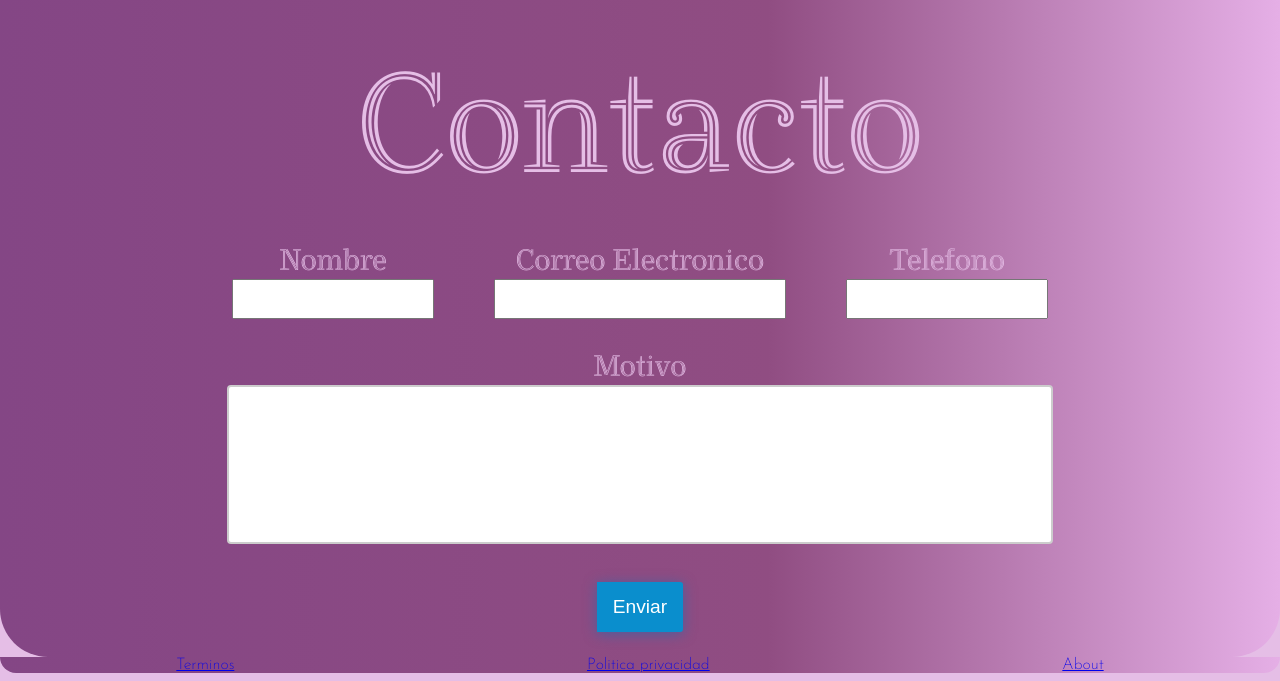
Repository: Jogalso/webPsicologa
Page: /
The author's editor kept a copy of each file at every save. The page is drawn from the files as they stood at one save, then again after the next save.
The browser window is 1280 px wide. The pictures show the part of the page from y = 4559 to 5266 px (the page is 5240 px tall before and 5266 px after).
Backgrounds fixed to the window are drawn as part of the page. The project was rebuilt for these pictures with package versions that can differ from the ones it lists, and the page was loaded fresh each time. Some packages were replaced by stand-ins written for this rebuild. The framework's server and built-in components were replaced by stand-ins that run in the browser.

Above is the page before, as saved 2021-07-13 11:59:32.

After the next save:
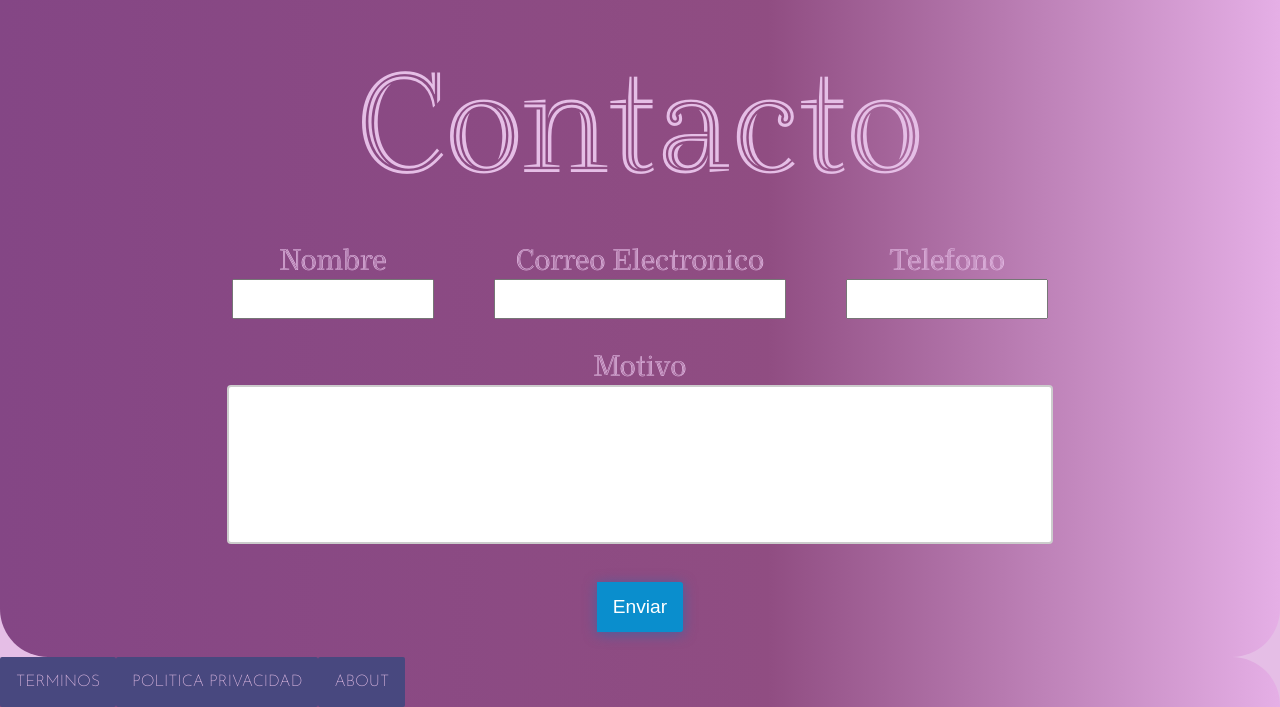
Saved 36 s later.
--- a/components/Footer.jsx
+++ b/components/Footer.jsx
@@ -3,7 +3,7 @@ import Link from 'next/link'
 export default function Footer() {
     return (
         <div>
-            <div className="Header">
+            <div className="Footer">
                 <Link href="/terms">
                     <a target="_blank">
                         Terminos
